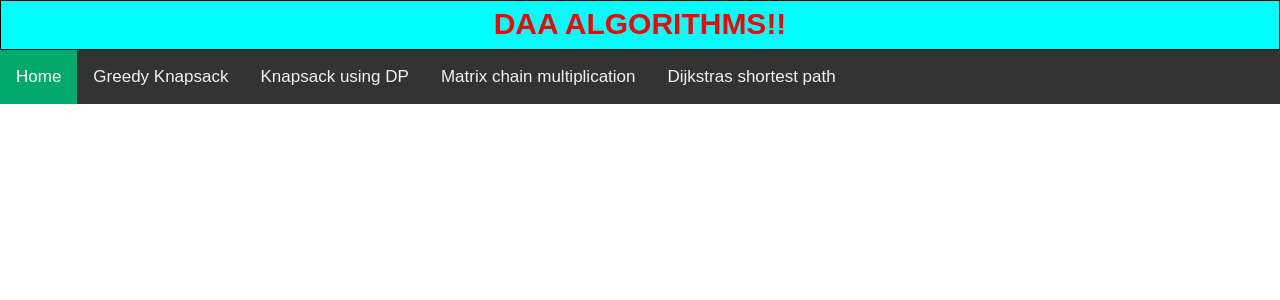
Repository: vinaybabu3962/ALGORITHMIC-TOOLBOX
Page: DAA_WT/webapp/index.html
The author's editor kept a copy of each file at every save. The page is drawn from the files as they stood at one save, then again after the next save.
The browser window is 1280 px wide. The pictures show the whole page.

Above is the page before, as saved 2021-07-04 12:41:37.

### DAA_WT/webapp/index.html
<!DOCTYPE html>
<html>
<head>
<meta charset="ISO-8859-1">
<title>Main Page</title>
<link rel="stylesheet" href="https://cdn.jsdelivr.net/npm/bootstrap@5.0.2/dist/css/bootstrap.min.css" integrity="sha384-EVSTQN3/azprG1Anm3QDgpJLIm9Nao0Yz1ztcQTwFspd3yD65VohhpuuCOmLASjC" crossorigin="anonymous">
<script src="https://cdn.jsdelivr.net/npm/bootstrap@5.0.2/dist/js/bootstrap.min.js" integrity="sha384-cVKIPhGWiC2Al4u+LWgxfKTRIcfu0JTxR+EQDz/bgldoEyl4H0zUF0QKbrJ0EcQF" crossorigin="anonymous"></script>
<script src="https://cdn.jsdelivr.net/npm/bootstrap@5.0.2/dist/js/bootstrap.bundle.min.js" integrity="sha384-MrcW6ZMFYlzcLA8Nl+NtUVF0sA7MsXsP1UyJoMp4YLEuNSfAP+JcXn/tWtIaxVXM" crossorigin="anonymous"></script>
<meta name="viewport" content="width=device-width, initial-scale=1">
<style>
body {
  margin: 0;
  font-family: Arial, Helvetica, sans-serif;
}

.topnav {
  overflow: hidden;
  background-color: #333;
}

.topnav a {
  float: left;
  color: #f2f2f2;
  text-align: center;
  padding: 14px 16px;
  text-decoration: none;
  font-size: 17px;
}

.topnav a:hover {
  background-color: #ddd;
  color: black;
}

.topnav a.active {
  background-color: #04AA6D;
  color: white;
}
</style>
</head>
<body>
<div class="header" style="color:red;font-weight:bold;font-size:30px;border:1px solid black;background-color:cyan;height:50px;text-align:center;">
	DAA ALGORITHMS!!
</div>
<div class="topnav">
  <a class="active" href="#home">Home</a>
  <a href="GreedyKnapsack.html">Greedy Knapsack</a>
  <a href="KnapSackDP.html">Knapsack using DP</a>
  <a href="MatrixChainMultiplication.html">Matrix chain multiplication</a>
  <a href="Dijkstras.html">Dijkstras shortest path</a>
</div>
</body>
</html>

After the next save:
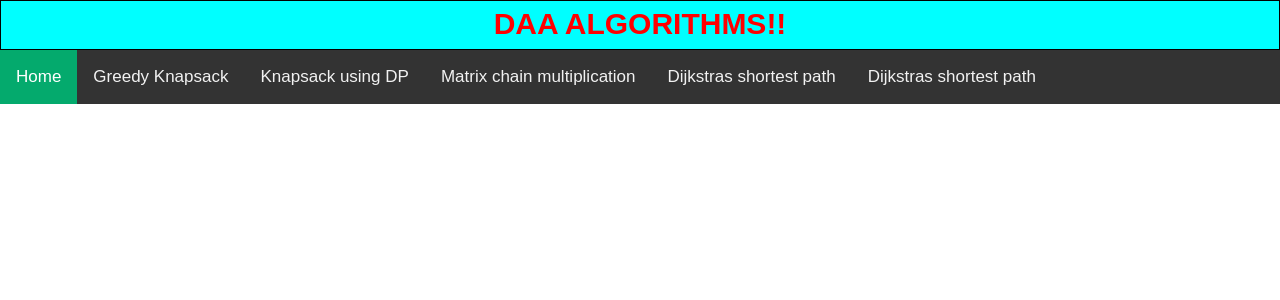
Saved 23 h 31 min later.
--- a/DAA_WT/webapp/index.html
+++ b/DAA_WT/webapp/index.html
@@ -48,6 +48,7 @@ body {
   <a href="KnapSackDP.html">Knapsack using DP</a>
   <a href="MatrixChainMultiplication.html">Matrix chain multiplication</a>
   <a href="Dijkstras.html">Dijkstras shortest path</a>
+  <a href="BellmanFord.html">Dijkstras shortest path</a>
 </div>
 </body>
 </html>
